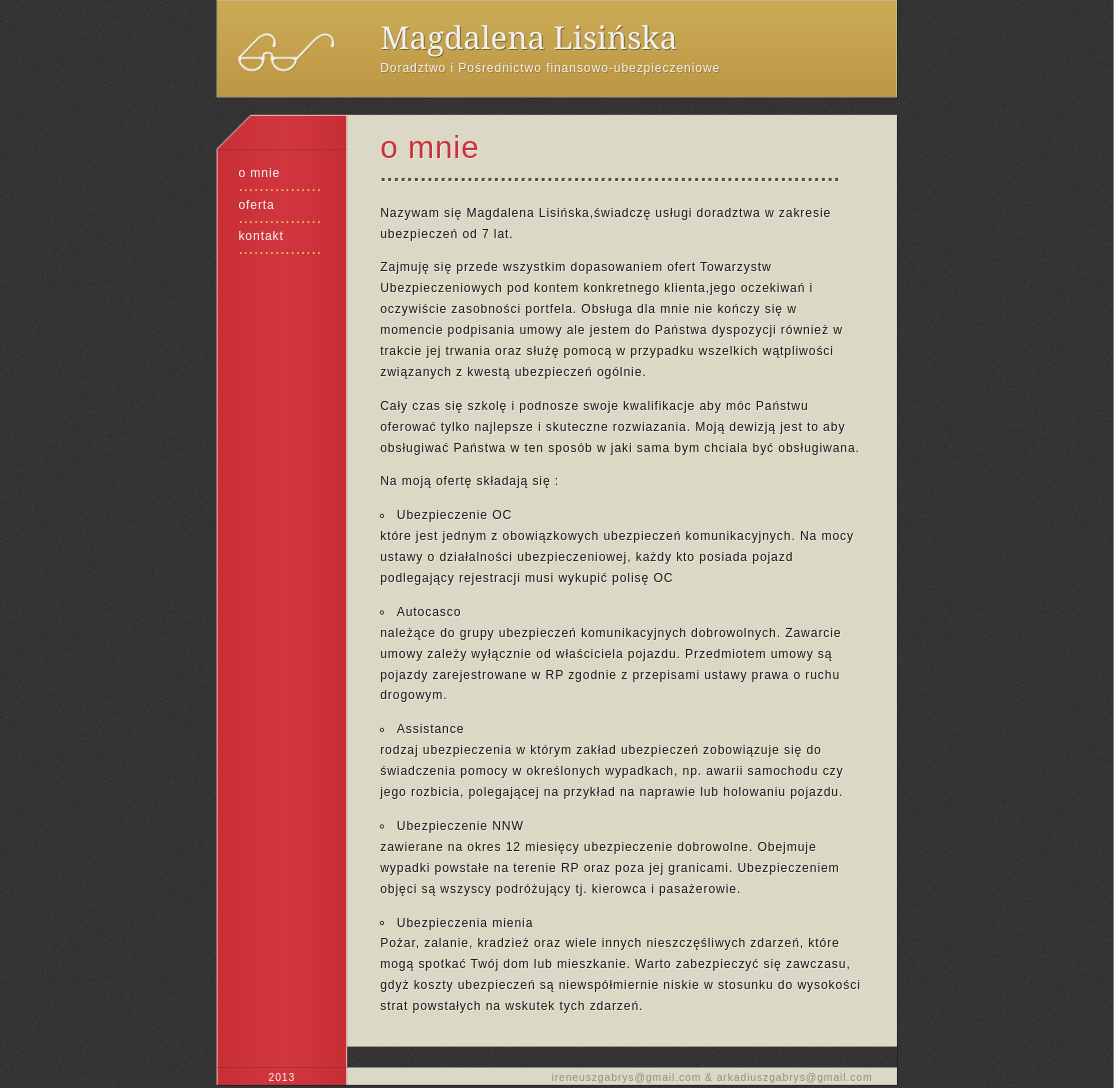
Repository: gabr/php_elicpse_workspace
Page: Magda Lisinska/index.html
The author's editor kept a copy of each file at every save. The page is drawn from the files as they stood at one save, then again after the next save.
The browser window is 1280 px wide. The pictures show the whole page, at 87% of full size.

Above is the page before, as saved 2013-03-08 13:42:05.

### Magda Lisinska/index.html
<!DOCTYPE HTML>
<html>
<head>
<meta http-equiv="Content-Type" content="text/html; charset=utf-8">
<title>Magdalena Lisińska</title>
<!--
		<meta name="description" content="Add your sites description here">
		<meta name="keywords" content="Add,your,site,keywords,here">
		<link rel="icon" type="image/x-icon" href="../images/favicon.ico">
		-->
<link rel="stylesheet" type="text/css" href="css/reset.css"
  media="screen">
<link rel="stylesheet" type="text/css" href="css/style.css"
  media="screen">
<!-- <script src="js/jquery-1.9.1.js"></script>
        <script src="js/script.js"></script> -->
<!--[if lt IE 9]>
		<script src="js/html5shiv.js"></script>
		<![endif]-->
</head>

<body>
  <!-- head -->
  <div id="header">
    <a href="index.html" id="glasses"></a> <a href="index.html"
      id="header-title">
      <p id="title">Magdalena Lisińska</p>
      <p id="slogan">Doradztwo i Pośrednictwo
        finansowo-ubezpieczeniowe</p>
    </a>
    <div class="clear"></div>
  </div>

  <!-- body -->
  <div id="body">
    <!-- menu -->
    <div id="menu">
      <div id="menu-head"></div>
      <div id="menu-body" style="height: 1055px">
        <div id="menu-margin"></div>
        <ul>
          <li><a href="#">o mnie</a></li>
          <li class="line">................</li>
          <li><a href="#">oferta</a></li>
          <li class="line">................</li>
          <li><a href="kontakt.html">kontakt</a></li>
          <li class="line">................</li>
        </ul>
      </div>
    </div>
    <!-- content -->
    <div id="content">
      <div>
        <h1>o mnie</h1>
        <div class="line">.....................................................................</div>
        <p>Nazywam się Magdalena Lisińska,świadczę usługi doradztwa
          w zakresie ubezpieczeń od 7 lat.</p>
        <p>Zajmuję się przede wszystkim dopasowaniem ofert
          Towarzystw Ubezpieczeniowych pod kontem konkretnego
          klienta,jego oczekiwań i oczywiście zasobności portfela.
          Obsługa dla mnie nie kończy się w momencie podpisania umowy
          ale jestem do Państwa dyspozycji również w trakcie jej trwania
          oraz służę pomocą w przypadku wszelkich wątpliwości związanych
          z kwestą ubezpieczeń ogólnie.</p>
        <p>Cały czas się szkolę i podnosze swoje kwalifikacje aby
          móc Państwu oferować tylko najlepsze i skuteczne rozwiazania.
          Moją dewizją jest to aby obsługiwać Państwa w ten sposób w
          jaki sama bym chciala być obsługiwana.</p>
        <p>Na moją ofertę składają się :</p>
        <ul>
          <li>Ubezpieczenie OC
            <p>które jest jednym z obowiązkowych ubezpieczeń
              komunikacyjnych. Na mocy ustawy o działalności
              ubezpieczeniowej, każdy kto posiada pojazd podlegający
              rejestracji musi wykupić polisę OC</p>
          </li>
          <li>Autocasco
            <p>należące do grupy ubezpieczeń komunikacyjnych
              dobrowolnych. Zawarcie umowy zależy wyłącznie od
              właściciela pojazdu. Przedmiotem umowy są pojazdy
              zarejestrowane w RP zgodnie z przepisami ustawy prawa o
              ruchu drogowym.</p>
          </li>
          <li>Assistance
            <p>rodzaj ubezpieczenia w którym zakład ubezpieczeń
              zobowiązuje się do świadczenia pomocy w określonych
              wypadkach, np. awarii samochodu czy jego rozbicia,
              polegającej na przykład na naprawie lub holowaniu pojazdu.</p>
          </li>
          <li>Ubezpieczenie NNW
            <p>zawierane na okres 12 miesięcy ubezpieczenie
              dobrowolne. Obejmuje wypadki powstałe na terenie RP oraz
              poza jej granicami. Ubezpieczeniem objęci są wszyscy
              podróżujący tj. kierowca i pasażerowie.</p>
          </li>
          <li>Ubezpieczenia mienia
            <p>Pożar, zalanie, kradzież oraz wiele innych
              nieszczęśliwych zdarzeń, które mogą spotkać Twój dom lub
              mieszkanie. Warto zabezpieczyć się zawczasu, gdyż koszty
              ubezpieczeń są niewspółmiernie niskie w stosunku do
              wysokości strat powstałych na wskutek tych zdarzeń.</p>
          </li>
        </ul>
      </div>
    </div>
    <div class="clear"></div>

    <!-- footer -->
    <div id="footer">
      <div id="left-footer">
        <p>2013</p>
      </div>
      <div id="right-footer">
        <p>ireneuszgabrys@gmail.com &amp;
          arkadiuszgabrys@gmail.com&ensp;&ensp;&ensp;&ensp;</p>
      </div>
      <div class="clear"></div>
    </div>

  </div>

</body>
</html>

### Magda Lisinska/css/reset.css
/*
html5doctor.com Reset Stylesheet
v1.6.1
Last Updated: 2010-09-17
Author: Richard Clark - http://richclarkdesign.com
Twitter: @rich_clark
*/

html, body, div, span, object, iframe,
h1, h2, h3, h4, h5, h6, p, blockquote, pre,
abbr, address, cite, code,
del, dfn, em, img, ins, kbd, q, samp,
small, strong, sub, sup, var,
b, i,
dl, dt, dd, ol, ul, li,
fieldset, form, label, legend,
table, caption, tbody, tfoot, thead, tr, th, td,
article, aside, canvas, details, figcaption, figure,
footer, header, hgroup, menu, nav, section, summary,
time, mark, audio, video {
margin:0;
padding:0;
border:0;
outline:0;
font-size:100%;
vertical-align:baseline;
background:transparent;
}

body {line-height:1;}

article,aside,details,figcaption,figure,
footer,header,hgroup,menu,nav,section {
display:block; zoom:1;
}

nav ul {list-style:none;}

blockquote, q {quotes:none;}

blockquote:before, blockquote:after,
q:before, q:after {
content:'';
content:none;
}

a {
margin:0;
padding:0;
font-size:100%;
vertical-align:baseline;
background:transparent;
}

/* change colours to suit your needs */
ins {
background-color:#ff9;
color:#000;
text-decoration:none;
}

/* change colours to suit your needs */
mark {
background-color:#ff9;
color:#000;
font-style:italic;
font-weight:bold;
}

del {text-decoration: line-through;}

abbr[title], dfn[title] {
border-bottom:1px dotted;
cursor:help;
}

table {
border-collapse:collapse;
border-spacing:0;
}

/* change border colour to suit your needs */
hr {
display:block;
height:1px;
border:0;
border-top:1px solid #cccccc;
margin:1em 0;
padding:0;
}

input, select {
vertical-align:middle;
}

### Magda Lisinska/css/style.css
/*  Main  */
body {
  background: url(../images/background.png);
  color: #000;
  font-family: Arial, Helvetica, sans-serif;
  font-size: 14px;
  letter-spacing: 1px;
}

p {
  color: #181818;
  text-align: left;
  margin: 0px 0px 15px 0px;
  line-height: 24px;
}

a {
  color: #cb3138;
  text-decoration: none;
}

a:hover {
  text-decoration: underline;
}

h1 {
  margin: 20px 0px 0px 0px;
  font-size: 36px;
  color: #cb3138;
  font-weight: normal;
}

img {
  float: left;
  margin: 5px 10px 0px 0px;
  border: 1px solid #363636;
  box-shadow: 1px 1px 0px rgba(255, 255, 255, 0.5);
}

.line {
  -webkit-touch-callout: none;
  -webkit-user-select: none;
  -khtml-user-select: none;
  -moz-user-select: none;
  -ms-user-select: none;
  user-select: none;
}

.clear {
  clear: both;
}

/* Header */
#header {
  background: url(../images/header.jpg);
  width: 780px;
  height: 110px;
  margin: 0 auto;
  border: 1px solid #dbc89a;
  box-shadow: 1px 1px 0px rgba(0, 0, 0, 0.4)
}

#glasses {
  background: url(../images/glasses.png);
  width: 112px;
  height: 45px;
  margin: 37px 0px 0px 23px;
  display: block;
  outline: none;
  float: left;
}

#header-title {
  float: left;
  margin: 30px 0px 0px 52px;
  outline: none;
  text-decoration: none;
}

#title {
  margin: 0px 0px 0px 0px;
  color: #f1f1f1;
  text-shadow: 1px 1px 0px rgba(0, 0, 0, 0.4);
  font-family: Georgia, Times New Roman, Times;
  font-size: 36px;
  letter-spacing: 0px;
}

#slogan {
  color: #f1f1f1;
  text-shadow: 1px 1px 0px rgba(0, 0, 0, 0.2);
  margin: 11px 0px 0px 0px;
}

/* Body */
#body {
  margin: 0 auto;
  margin-top: 20px;
  width: 782px;
  box-shadow: 1px 1px 0px rgba(0, 0, 0, 0.4);
}

/* Menu */
#menu {
  float: left;
  width: 150px;
}

#menu-head {
  background: url(../images/menu_head.png);
  height: 40px;
}

#menu-body {
  background: url(../images/menu.jpg);
  min-height: 200px;
}

#menu-margin {
  height: 20px;
}

#menu-body ul {
  width: 100px;
  margin: 0 auto;
  list-style: none;
}

#menu-body a {
  color: #f7f7f7;
  text-decoration: none;
}

#menu-body li>a:hover {
  font-weight: bold;
}

#menu-body li.line {
  font-size: 18px;
  color: #f7cb61;
  margin: -1px 0px 5px 0px;
}

/* Content */
#content {
  float: left;
  width: 632px;
  min-height: 200px;
  background: #dbd8c5;
  text-shadow: 1px 1px 0px rgba(255, 255, 255, 0.5);
  padding-bottom: 20px;
}

#content>div {
  margin: 0px 38px 0px 38px;
}

#content .line {
  margin: 0px 0px 20px 0px;
  font-size: 24px;
  color: #4f4f4f;
  font-weight: bold;
}

#content ul {
  list-style-type: circle;
  list-style-position: inside;
}

#content ul li {
  text-decoration: none;
  font-family: Arial, Helvetica, sans-serif;
  font-size: 14px;
  letter-spacing: 1px;
  color: #181818;
  text-align: left;
  margin: 0px 0px 15px 0px;
  line-height: 24px;
}

#content iframe {
  margin: 20px auto 2px auto;
}

#google-maps {
  float: right;
  margin-right: 6px;
}

/* Footer */
#footer {
  width: 782px;
}

#left-footer {
  background: url(../images/menu.jpg);
  width: 150px;
  height: 20px;
  float: left;
}

#left-footer p {
  color: #f7f7f7;
  text-align: center;
  font-size: 12px;
}

#right-footer {
  float: right;
  width: 632px;
  height: 20px;
  background: #dbd8c5;
}

#right-footer p {
  color: #918e7e;
  text-align: right;
  font-size: 12px;
}

After the next save:
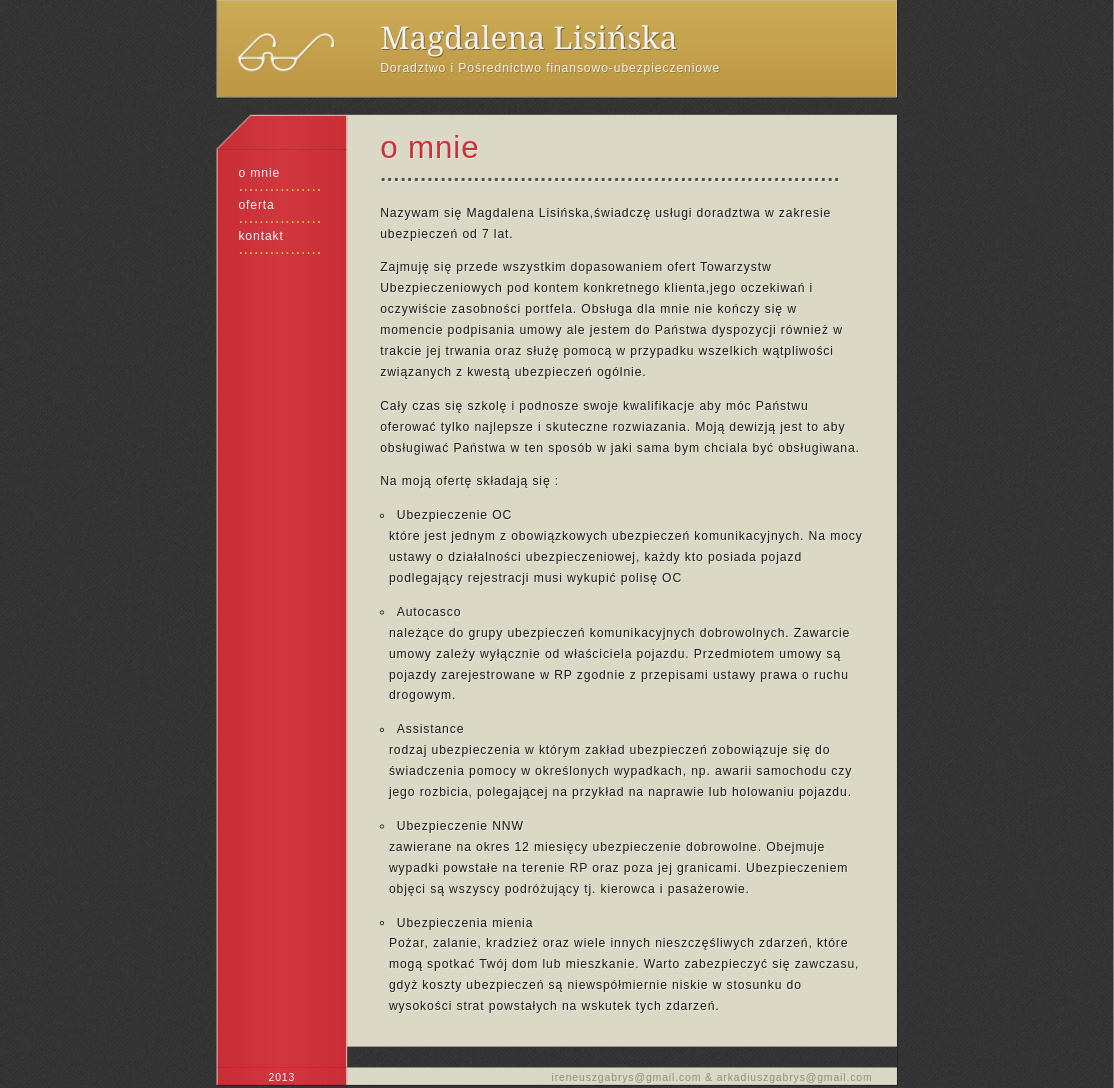
Saved 33 s later.
--- a/Magda Lisinska/css/style.css
+++ b/Magda Lisinska/css/style.css
@@ -178,6 +178,10 @@ img {
   line-height: 24px;
 }
 
+#content ul li p {
+  margin-left: 10px;
+}
+
 #content iframe {
   margin: 20px auto 2px auto;
 }
